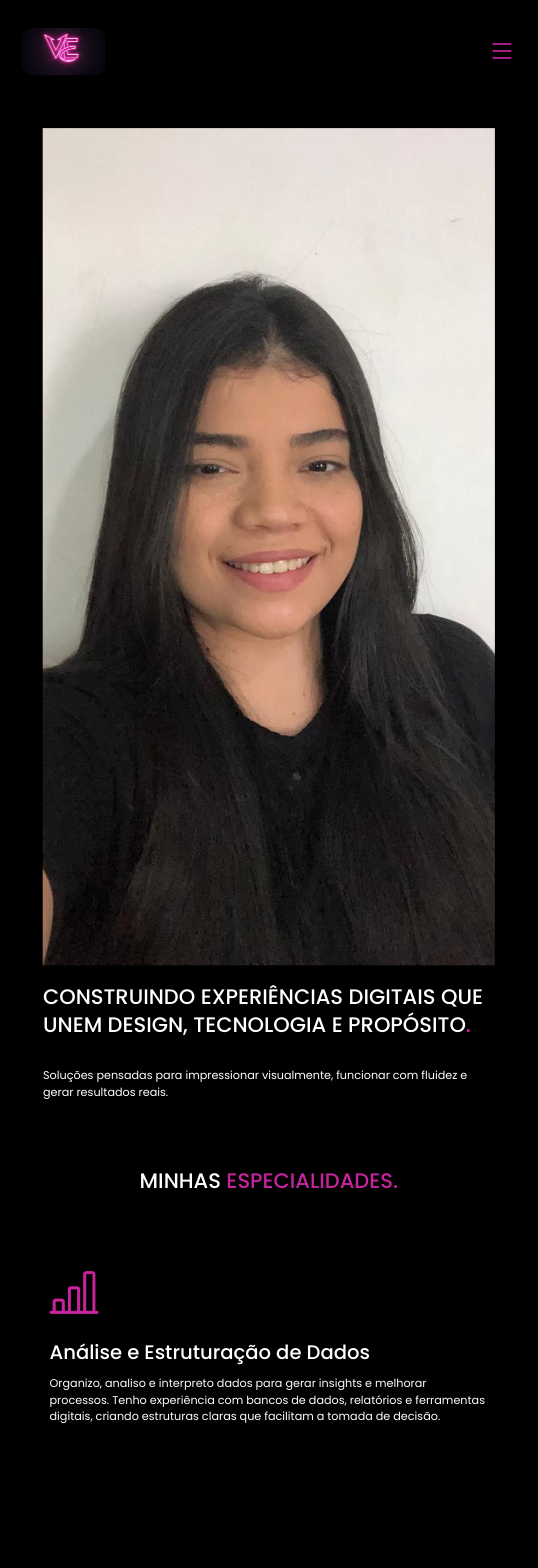
Repository: Vitoria1705/meu-portifolio
Page: index.html
These files come from the project's save history. The page is drawn as it stood at one moment and after the next save; the edit follows.
The browser window is 768 px wide. The pictures show the part of the page from y = 0 to 2240 px (the page is 8568 px tall before and 6617 px after), at 70% of full size.
Some web fonts or font styles are not loaded; a fallback is used.

Above is the page before, as saved 2026-07-05 21:01:35.

After the next save:
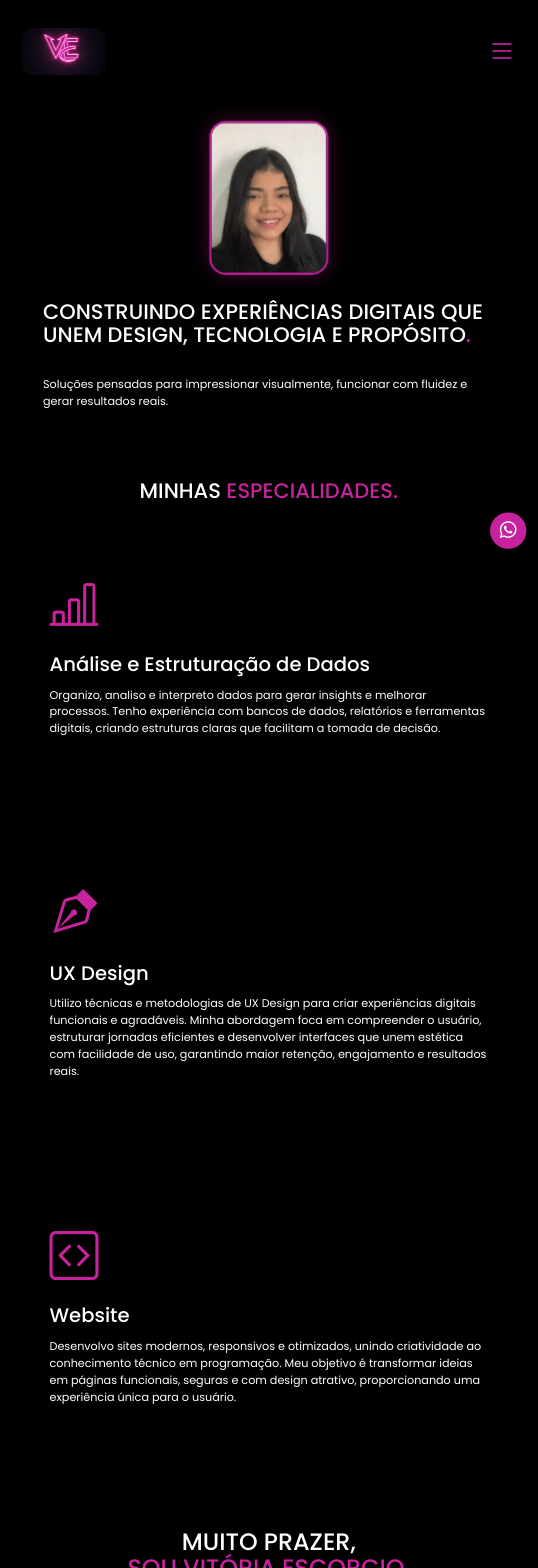
Saved 42 h 46 min later.
--- a/style.css
+++ b/style.css
@@ -12,8 +12,10 @@ html{
 
 body{
     background-color: black;
-    height: 100vh;
-}
+    min-height: 100vh;
+    overflow-x: hidden;
+}
+
 .interface{
     max-width: 1280px;
     margin: 0 auto;
@@ -104,7 +106,6 @@ header nav.menu-desktop ul li {
     width: 70%;
 }
 
-/* CORREÇÃO DO NOME */
 .menu-mobile .btn-fechar{
     padding: 20px 5%;
 }
@@ -145,6 +146,7 @@ header nav.menu-desktop ul li {
 /* ESTILO DO TOPO DO SITE */
 section.topo-do-site{
     padding: 40px;
+    overflow: hidden;
 }
 
 section.topo-do-site .flex{
@@ -156,7 +158,7 @@ section.topo-do-site .flex{
 .topo-do-site h1{
     color: #fff;
     font-size: 42px;
-    line-height: 40px;
+    line-height: 1.15;
 }
 
 .topo-do-site .txt-topo-site h1 span{
@@ -168,14 +170,23 @@ section.topo-do-site .flex{
     margin: 40px 0;
 }
 
-.topo-do-site .img-topo-site img{
+/* FOTO DO TOPO (hero) - tratamento novo, formato retangular vertical, sem zoom apertado no rosto */
+.foto-hero{
+    width: 210px;
+    height: 270px;
+    object-fit: cover;
+    object-position: center 20%;
+    border-radius: 24px;
+    border: 3px solid #ce24a3f6;
+    box-shadow: 0 0 30px #ce24a34d;
+    display: block;
     position: relative;
-    animation: flutuar 2s ease-in-out infinite alternate;
+    animation: flutuar 3s ease-in-out infinite alternate;
 }
 
 @keyframes flutuar{
-    0%{ top: 0; }
-    100%{ top: 30px; }
+    0%{ transform: translateY(0); }
+    100%{ transform: translateY(20px); }
 }
 
 /* Estilo das Especialidades */
@@ -218,13 +229,25 @@ section.sobre .flex{
     gap: 60px;
 }
 
+/* FOTO DA SEÇÃO SOBRE - cantos arredondados, mesmo tratamento retangular do hero */
+.foto-sobre{
+    width: 230px;
+    height: 290px;
+    object-fit: cover;
+    object-position: center 20%;
+    border-radius: 20px;
+    border: 3px solid #ce24a3f6;
+    box-shadow: 0 0 25px #ce24a34d;
+    display: block;
+}
+
 .sobre .txt-sobre{
     color: #fff;
 }
 
 .sobre .txt-sobre h2{
     font-size: 40px;
-    line-height: 40px;
+    line-height: 1.15;
     margin-bottom: 30px;
 }
 
@@ -284,14 +307,6 @@ section.portfolio{
     border-color: #ce24a3f6;
 }
 
-.btn-ver-projeto.disabled{
-    display: inline-block;
-    opacity: 0.6;
-    pointer-events: none;
-    background-color: #6b6b6b;
-    color: #fff;
-}
-
 .projeto-img{
     width: 100%;
     height: 200px;
@@ -331,6 +346,13 @@ section.portfolio{
     font-weight: 600;
     padding: 5px 12px;
     border-radius: 20px;
+}
+
+.projeto-links{
+    display: flex;
+    flex-wrap: wrap;
+    gap: 12px;
+    align-items: center;
 }
 
 .btn-ver-projeto{
@@ -350,6 +372,32 @@ section.portfolio{
     transform: scale(1.05);
 }
 
+.btn-ver-projeto.disabled{
+    display: inline-block;
+    opacity: 0.6;
+    pointer-events: none;
+    background-color: #6b6b6b;
+    color: #fff;
+}
+
+.btn-secundario{
+    display: inline-block;
+    background-color: transparent;
+    color: #ce24a3f6;
+    font-weight: 700;
+    font-size: 14px;
+    padding: 9px 20px;
+    border-radius: 30px;
+    border: 1px solid #ce24a3f6;
+    text-decoration: none;
+    transition: .2s;
+}
+
+.btn-secundario:hover{
+    background-color: #ce24a31a;
+    transform: scale(1.05);
+}
+
 /* ESTILO DO FORMULÁRIO DE CONTATO */
 section.formulario{
     padding: 80px 4%;
@@ -395,6 +443,32 @@ form .btn-enviar input{
     transition: .2s;
 }
 
+/* BOTÃO FLUTUANTE DE WHATSAPP */
+.whatsapp-float{
+    position: fixed;
+    bottom: 24px;
+    right: 24px;
+    width: 60px;
+    height: 60px;
+    background-color: #ce24a3f6;
+    border-radius: 50%;
+    display: flex;
+    align-items: center;
+    justify-content: center;
+    color: #fff;
+    font-size: 28px;
+    text-decoration: none;
+    box-shadow: 0 4px 16px rgba(0,0,0,.4);
+    z-index: 9000;
+    transition: .2s;
+}
+
+.whatsapp-float:hover{
+    transform: scale(1.1);
+    color: #fff;
+    box-shadow: 0 0 20px #ce24a3f6;
+}
+
 /* ESTILO DO RODAPÉ */
 footer{
     padding: 60px 4%;
@@ -430,7 +504,7 @@ footer .line-footer p a{
     }
     h2.titulo{
         font-size: 30px;
-        line-height: 30px;
+        line-height: 1.15;
     }
 
     /* CABEÇALHO */
@@ -451,8 +525,10 @@ footer .line-footer p a{
         font-size: 30px;
     }
 
-    .topo-do-site .img-topo-site img{
-        width: 100%;
+    .foto-hero{
+        width: 170px;
+        height: 220px;
+        margin: 0 auto;
     }
 
     /* ESPECIALIDADES */
@@ -467,7 +543,7 @@ footer .line-footer p a{
 
     .sobre .txt-sobre h2 {
         font-size: 34px;
-        line-height: 35px;
+        line-height: 1.1;
         text-align: center;
     }
 
@@ -475,8 +551,10 @@ footer .line-footer p a{
         text-align: center;
     }
 
-    .img-sobre img{
-        width: 100%;
+    .foto-sobre{
+        width: 190px;
+        height: 240px;
+        margin: 0 auto;
     }
 
     /* PORTFÓLIO */
@@ -489,6 +567,15 @@ footer .line-footer p a{
         gap: 30px;
     }
 
+    /* BOTÃO WHATSAPP FLUTUANTE EM TELAS PEQUENAS */
+    .whatsapp-float{
+        width: 52px;
+        height: 52px;
+        font-size: 24px;
+        bottom: 16px;
+        right: 16px;
+    }
+
     /* RODAPÉ */
     footer .flex{
         flex-direction: column;
